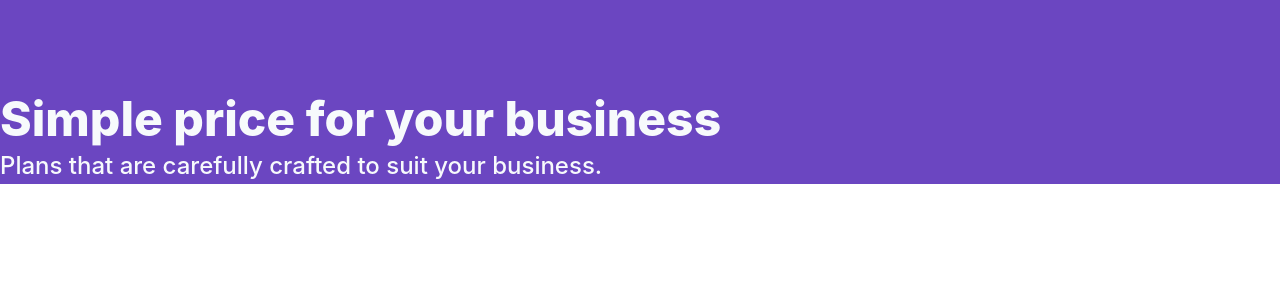
Repository: noutijo/learn-in-depth-chakra-ui
Page: /
An editor plug-in stored every save of this project. The page is shown before and after the next save, followed by the edit.
The browser window is 1280 px wide. The pictures show the whole page.
The project was rebuilt for these pictures with package versions that can differ from the ones it lists, and the page was loaded fresh each time. Also part of the build but not shown: vite.config.ts.

Above is the page before, as saved 2023-01-30 14:58:55.

### src/main.tsx
import React from 'react'
import ReactDOM from 'react-dom/client'
import App from './App'
import { ChakraProvider } from "@chakra-ui/react"

ReactDOM.createRoot(document.getElementById('root') as HTMLElement).render(
  <ChakraProvider>
  <React.StrictMode>
    <App />
  </React.StrictMode>
  </ChakraProvider>,
)

### src/App.tsx
//import './App.css'
import { Box, Flex, Stack, VStack, HStack } from "@chakra-ui/react";
import { Header } from "./components/Header";

export default function App() {
  return (
    <div className="App">
      <Box m="auto">
        <Header />
      </Box>
    </div>
  );
}

### src/components/Header.tsx
//import './App.css'
import { Box, Heading, Text, Flex } from "@chakra-ui/react";

export function Header() {
  return (
    <Box  color="#F7FAFC" bg="#6b46c1" pt="90px" pt="90px">
      <Heading fontWeight={800} fontSize={"48px"}>
        Simple price for your business
      </Heading>
      <Text fontWeight={500} fontSize={"24px"}>
        Plans that are carefully crafted to suit your business.
      </Text>
    </Box>
  );
}

Loaded but not shown: index.html (common file)

After the next save:
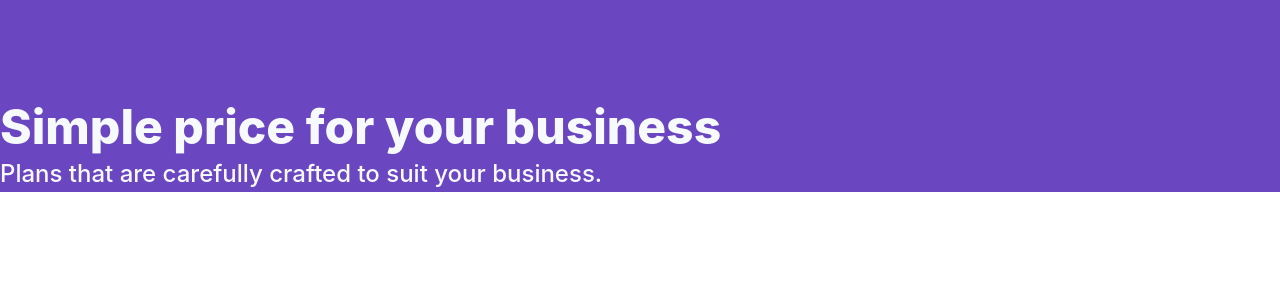
Saved 7 s later.
--- a/src/components/Header.tsx
+++ b/src/components/Header.tsx
@@ -3,7 +3,7 @@ import { Box, Heading, Text, Flex } from "@chakra-ui/react";
 
 export function Header() {
   return (
-    <Box  color="#F7FAFC" bg="#6b46c1" pt="90px" pt="90px">
+    <Box  color="#F7FAFC" bg="#6b46c1" pt="90px" pt="98px">
       <Heading fontWeight={800} fontSize={"48px"}>
         Simple price for your business
       </Heading>
